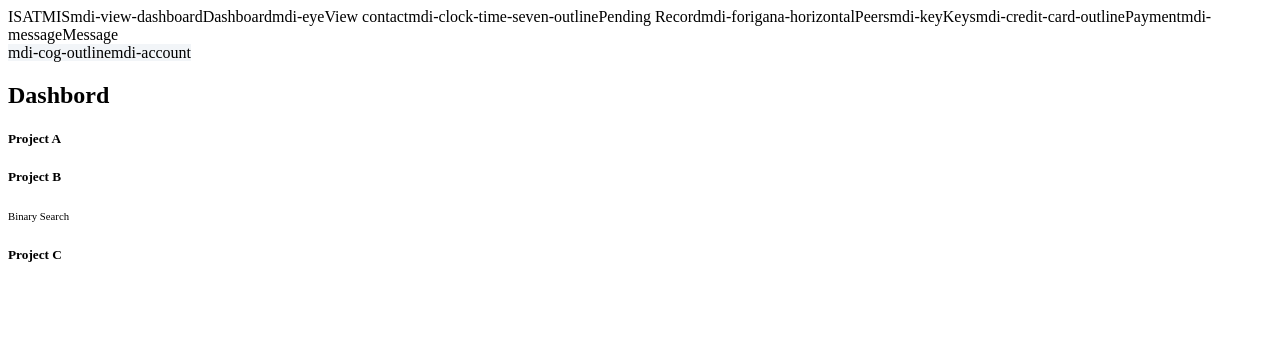
Repository: umarrg/isatmis
Page: /home
An editor plug-in stored every save of this project. The page is shown before and after the next save, followed by the edit.
The browser window is 1280 px wide. The pictures show the whole page.
The project was rebuilt for these pictures with package versions that can differ from the ones it lists, and the page was loaded fresh each time. Also part of the build but not shown: vue.config.js. Imported but missing from the stored project, and not drawn on this page: src/plugins/vuetify.

Above is the page before, as saved 2021-01-26 00:32:52.

After the next save:
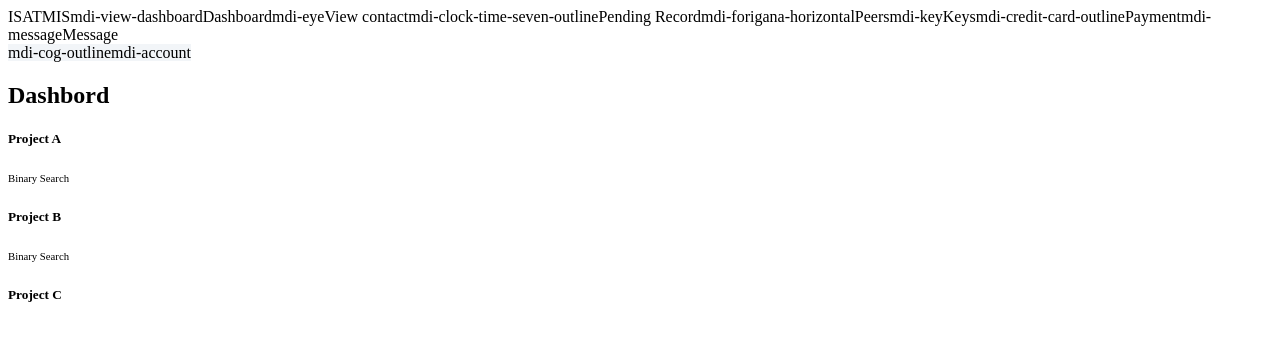
Saved 6 s later.
--- a/src/views/Home.vue
+++ b/src/views/Home.vue
@@ -39,6 +39,7 @@
         <v-col cols="12" md="4" sm="6">
           <v-alert border="bottom" colored-border color="blue" elevation="2">
             <h5>Project A</h5>
+            <h6 class="custom__font">Binary Search</h6>
           </v-alert>
         </v-col>
         <v-col cols="12" md="4" sm="6">
